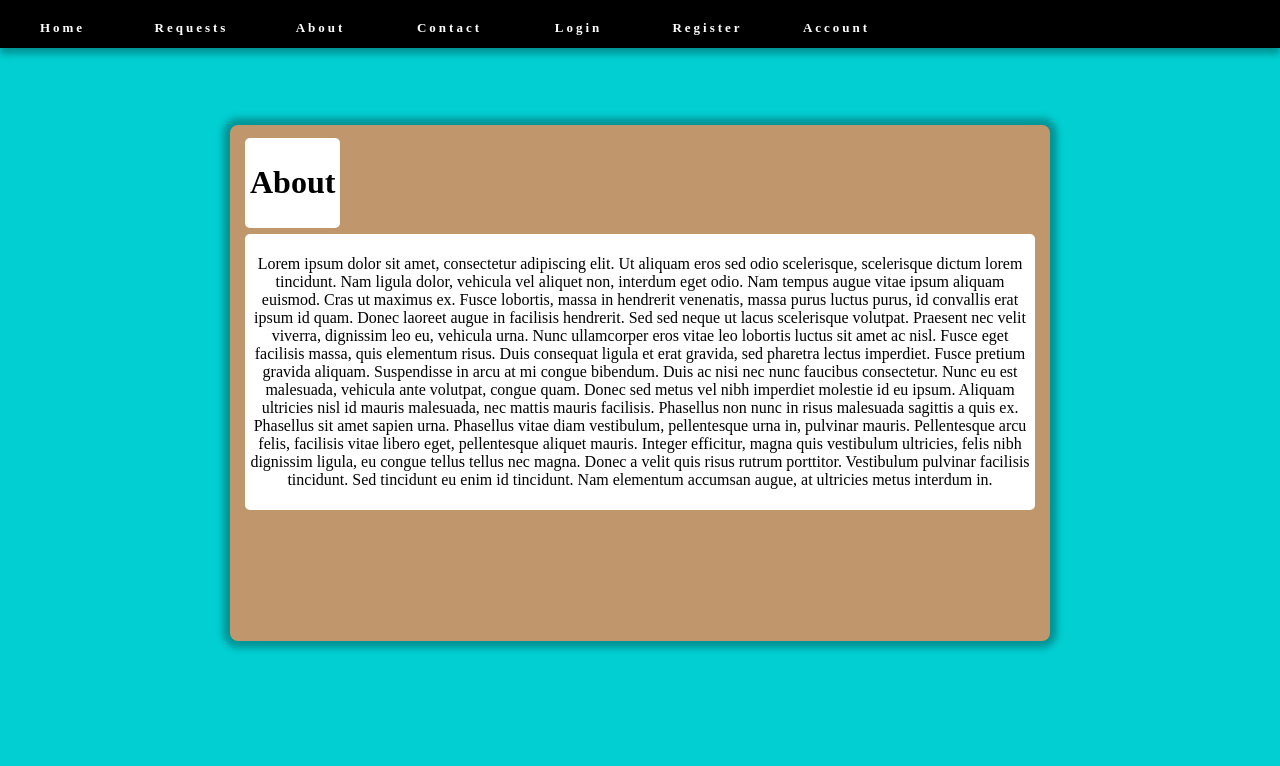
Repository: mailog/Tomorrow
Page: http://localhost/about
An editor plug-in stored every save of this project. The page is shown before and after the next save, followed by the edit.
The browser window is 1280 px wide. The pictures show the whole page.
The page is this project's Thymeleaf template; nobody is signed in. The template is opened directly, without the code that normally fills it, so the values that code supplies are empty.

Above is the page before, as saved 2017-07-30 06:14:53.

### Tomorrow/src/main/resources/templates/about.html
<html xmlns:th="http://www.thymeleaf.org">
<head>
<title>About</title>
<link rel="stylesheet" type="text/css" href="/css/toolbar.css" />
<link rel="stylesheet" type="text/css" href="/css/about.css" />
</head>
<body>

<div class = "toolbar">
	<a href = "/">
		<button class = "tool_button"> Home </button>
	</a>
	<a href = "/requests">
		<button class = "tool_button"> Requests </button>
	</a>
	<a href = "/about">
		<button class = "tool_button"> About </button>
	</a>
	<a href = "/contact">
		<button class = "tool_button"> Contact </button>
	</a>
	<a href = "/login">
		<button class = "tool_button"> Login </button>
	</a>
	<a href = "/register">
		<button class = "tool_button"> Register </button>
	</a>
	<a href = "/account">
		<button class = "tool_button"> Account </button>
	</a>
</div>

<div id = "about">
	<div class = "label">
		<h1>About</h1>
	</div>
	<div class = "label">
		<p>
	Lorem ipsum dolor sit amet, consectetur adipiscing elit. Ut aliquam eros sed odio scelerisque, scelerisque dictum lorem tincidunt. Nam ligula dolor, vehicula vel aliquet non, interdum eget odio. Nam tempus augue vitae ipsum aliquam euismod. Cras ut maximus ex. Fusce lobortis, massa in hendrerit venenatis, massa purus luctus purus, id convallis erat ipsum id quam. Donec laoreet augue in facilisis hendrerit. Sed sed neque ut lacus scelerisque volutpat. Praesent nec velit viverra, dignissim leo eu, vehicula urna. Nunc ullamcorper eros vitae leo lobortis luctus sit amet ac nisl. Fusce eget facilisis massa, quis elementum risus. Duis consequat ligula et erat gravida, sed pharetra lectus imperdiet. Fusce pretium gravida aliquam. Suspendisse in arcu at mi congue bibendum. Duis ac nisi nec nunc faucibus consectetur. Nunc eu est malesuada, vehicula ante volutpat, congue quam.

	Donec sed metus vel nibh imperdiet molestie id eu ipsum. Aliquam ultricies nisl id mauris malesuada, nec mattis mauris facilisis. Phasellus non nunc in risus malesuada sagittis a quis ex. Phasellus sit amet sapien urna. Phasellus vitae diam vestibulum, pellentesque urna in, pulvinar mauris. Pellentesque arcu felis, facilisis vitae libero eget, pellentesque aliquet mauris. Integer efficitur, magna quis vestibulum ultricies, felis nibh dignissim ligula, eu congue tellus tellus nec magna. Donec a velit quis risus rutrum porttitor. Vestibulum pulvinar facilisis tincidunt. Sed tincidunt eu enim id tincidunt. Nam elementum accumsan augue, at ultricies metus interdum in.
		</p>
	</div>
</div>
</body>
</html>

### Tomorrow/src/main/resources/static/css/toolbar.css
/*------------------STATIC------------------*/
/*------------------------------------------*/

/*-------------------BODY-------------------*/

	body{
		background-color: #02CFD2;
		color: white;
	}


/*------------------------------------------*/

/*---------------TOOLBAR--------------------*/
	.toolbar{
		width:100%;
		height: 48px;
		z-index: 1;
		opacity: 1;
		position: absolute;
		left: 0px;
		top: 0px;
		float: center;
		padding 0 0 0 0;
		margin-left:auto;
		margin-right:auto;
		background-color: black;
		-webkit-box-shadow: 0px 6px 7px 0px rgba(0,0,0,0.29);
		-moz-box-shadow: 0px 6px 7px 0px rgba(0,0,0,0.29);
		box-shadow: 0px 6px 7px 0px rgba(0,0,0,0.29);
	}

	.tool_button{
		height: 35px;
		width: 125px;
		display:inline;
		background-color: black;
		color:white;
		padding: 0px;
		font-family: Browalia-New;
		font-size: 13px;
		font-weight:bold;
		letter-spacing: 3px;
		border:none;
		cursor: pointer;
		margin-top: 10px;
		margin-bottom: 6px;
		margin-right: 0px;
		margin-left: 0px;
		border-bottom-style: none;
		text-decoration:none;
	}

	.tool_button:hover{
		text-decoration:none;
		border-bottom-style: solid;
		border-bottom-width:3px;
		border-bottom-color:#FFFFFF;
	}

	.toolbar a{
		text-decoration:none;
	}

/*------------------------------------------*/

/*-----------------BUTTONS------------------*/
	.introbtn{}

	.tutorialbtn{
	}

	.registerbtn{
	}

/*------------------------------------------*/

/*------------------INFO--------------------*/

/*------------------------------------------*/

### Tomorrow/src/main/resources/static/css/about.css
#about
{
	border-radius:8px;
	text-align:center;
	margin-left:auto;
	margin-right:auto;
	background-color:#C0966C;
	position: relative;
	margin: 125px auto;
	color:white;
	height:496px;
	width: 800px;
	padding: 10px;
	-webkit-box-shadow: 0px 0px 7px 7px rgba(0,0,0,0.29);
	-moz-box-shadow: 0px 0px 7px 7px rgba(0,0,0,0.29);
	box-shadow: 0px 0px 7px 7px rgba(0,0,0,0.29);
}

.label
{
	border-radius: 5px;
	float:left;
	background-color:white;
	color:black;
	margin: 3px 5px 3px 5px;
	padding: 5px;
}

After the next save:
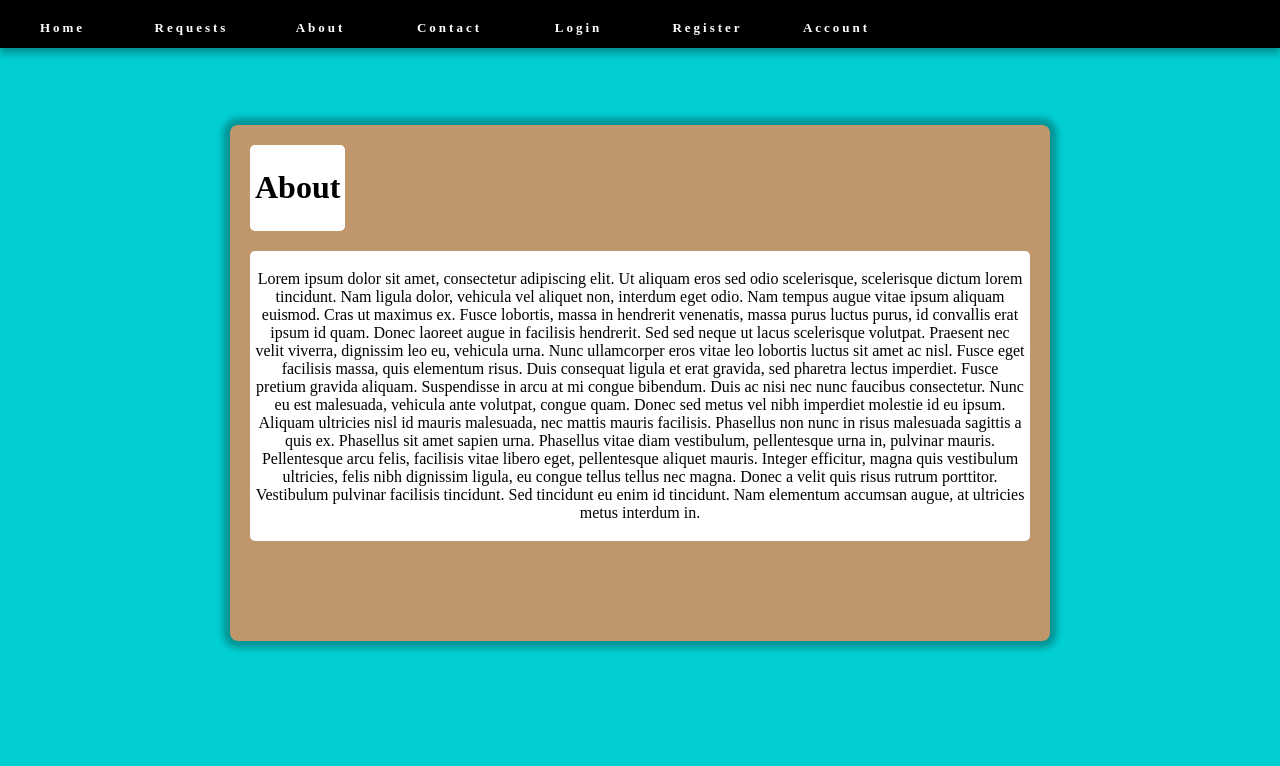
Saved 19 s later.
--- a/Tomorrow/src/main/resources/static/css/about.css
+++ b/Tomorrow/src/main/resources/static/css/about.css
@@ -22,6 +22,6 @@
 	float:left;
 	background-color:white;
 	color:black;
-	margin: 3px 5px 3px 5px;
-	padding: 5px;
+	margin: 10px;
+	padding: 3px 5px 3px 5px;
 }
